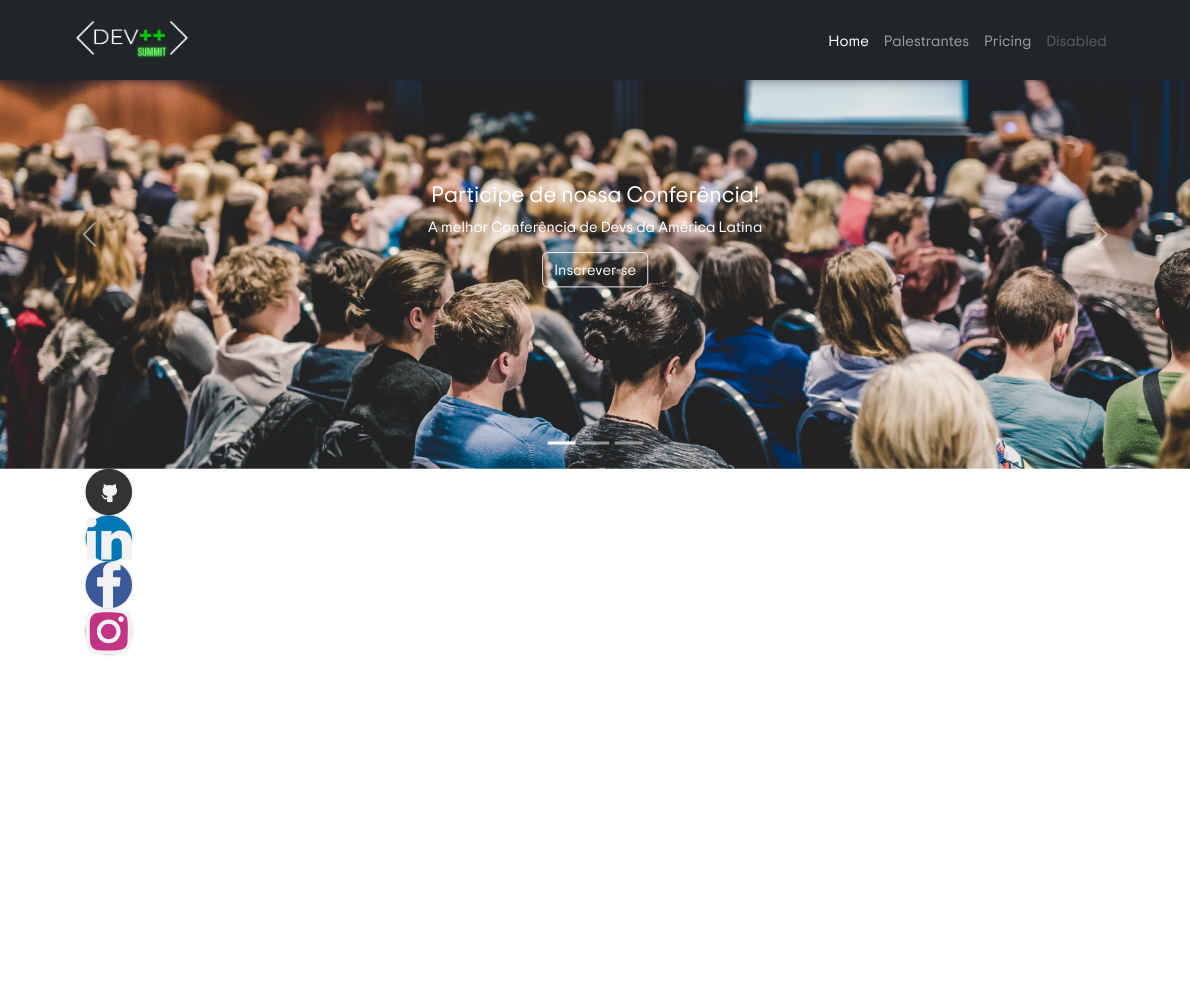
Repository: GScholl/ProjetoWeb_
Page: index.html
These files come from the project's save history. The page is drawn as it stood at one moment and after the next save; the edit follows.
The browser window is 1280 px wide. The pictures show the whole page, at 93% of full size.

Above is the page before, as saved 2023-08-23 10:26:54.

After the next save:
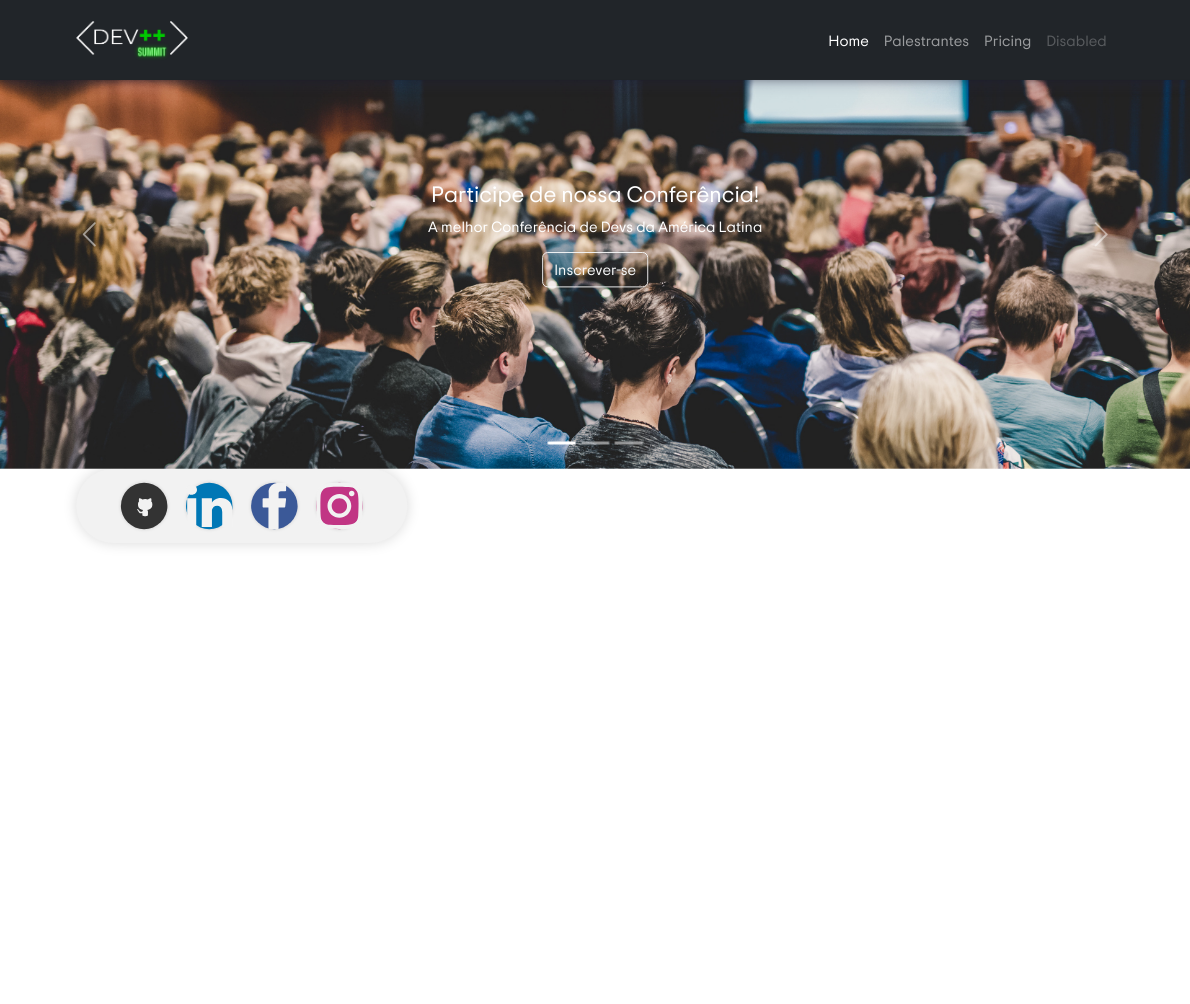
Saved 28 s later.
--- a/css/style.css
+++ b/css/style.css
@@ -46,7 +46,7 @@ nav{
   height: 100%;;
 }
 
-.social-buttons {
+.redes-sociais {
   display: flex;
   justify-content: center;
   align-items: center;
